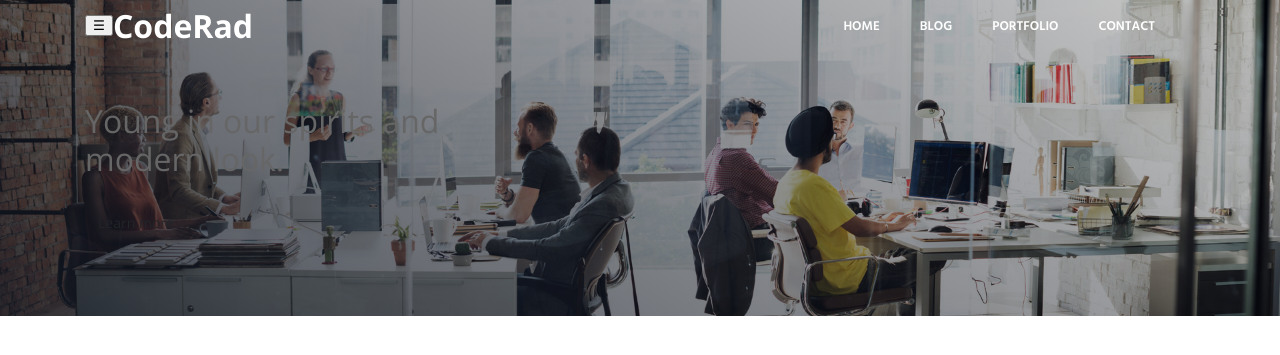
Repository: Sc-Juju/CodeRad
Page: index.html
The author's editor kept a copy of each file at every save. The page is drawn from the files as they stood at one save, then again after the next save.
The browser window is 1280 px wide. The pictures show the whole page.

Above is the page before, as saved 2022-10-26 20:13:32.

### index.html
<!DOCTYPE html>
<html>
	<head>
		<meta charset="utf-8" />
		<meta http-equiv="X-UA-Compatible" content="IE=edge" />
		<title>CodeRad</title>
		<meta name="description" content="" />
		<meta name="viewport" content="width=device-width, initial-scale=1" />

		<link
			href="https://fonts.googleapis.com/css2?family=Open+Sans:wght@300;400;600;700&display=swap"
			rel="stylesheet"
		/>
		<link
			href="https://fonts.googleapis.com/css2?family=Hind:wght@300;400;500;600;700&display=swap"
			rel="stylesheet"
		/>

		<link rel="stylesheet" href="./css/default.css" />
		<link rel="stylesheet" href="./css/styles.css" />
		<link rel="stylesheet" href="./css/responsive.css" />
	</head>
	<body>
		<nav class="navbar nav">
			<div class="container">
				<button
					class="navbar-toggler"
					aria-expanded="false"
					aria-controls="navbarDropdown"
				>
					<span>&#9776;</span>
				</button>
				<a class="navbar-brand" href="index.html">CodeRad</a>
				<ul class="navbar-nav">
					<li class="nav-link">
						<a href="#">Home</a>
					</li>

					<li class="nav-link">
						<a href="#">Blog</a>
					</li>
					<li class="nav-link">
						<a href="#">Portfolio</a>
					</li>
					<li class="nav-link">
						<a href="#">Contact</a>
					</li>
				</ul>
			</div>
		</nav>

		<header class="bg-header">
			<div class="container">
				<div class="hero-wrapper">
					<h2 class="hero-header">
						Young in our spirits and <br />
						modern look.
					</h2>
					<a class="btn" href="#">Learn more</a>
				</div>
			</div>
		</header>
	</body>
</html>

### css/default.css
:root{
    --white:#fff;
    --black: #000;
    --font-color-base:#666;
    --font-color-dark:#212529;
    --font-color-light:#b0aebe;
    --font-color-link:#57a6ff;
    --footer:#34314b;
    --footer-base:2e2b45;
    --contrast:var(--font-color-light);
    --success: #64ecf5;
    --danger:#ff8b8d;
    --grad-1:#a1ecff;
    --grad-2:#7dbcff;
}
body{
    font-family:"Open Sans", sans-serif;
    font-weight: 400;
    font-size:0.875rem;
    line-height: 1.6;
    letter-spacing: 0;
    color: var(--font-color-base);
    margin:0;
    padding:0;
}
*,
::after,
::before{
    box-sizing: border-box;
}
ul{
    padding:0;
    margin:0;
    list-style: none;
}
a {text-decoration: none;}
p {margin-top:0;}
h2{
    font-size:2rem;
    font-weight:500;
    line-height:1.2;
}
img {
    width:100%;
    max-width:100%;
    vertical-align:middle;
    border-style: none;
}
.container{
    width: 100%;
    padding-left:15px;
    padding-right:15px;
    margin-right:auto;
    margin-left:auto;
}

.btn{
    display: inline-block;
    font-weight: 400;
    color: var(--font-color-dark);
    text-align: center;
    cursor: pointer;
    user-select: none;
    background-color: transparent;
    border: 1px solid transparent;
    padding: .375rem .75rem;
    border-radius:1.25rem;
    transition: ease-in-out .3s;
}

@media (min-width:1200px){
    .container{ max-width: 1140px; }
}

### css/styles.css
.navbar{
    position: fixed;
    top: 0;
    right: 0;
    left: 0;
    z-index: 200;
    transition: ease-in-out .3s;
}
[aria-controls="navbarDrowdown"]{
    display:none;
}
.navbar-nav{
    display: flex;
    align-items: center;
}
.navbar .container{
    display: flex;
    align-items: center;
}
.navbar-brand{
    margin-right:auto;
    font-size: 2rem;
    font-weight: 700;
    width: 100%;
    transition: ease-in-out .3s;
    color: var(--white);

}
.bg-header{
    background-image: url(../CodeRad-assets/bg-header-1.jpg);
    background-color: var(--footer);
    background-repeat: no-repeat;
    background-size: cover;
    background-position:50% 20%;
    position: relative;
    z-index: 1;
    padding: 4.6875rem 0;
}
.bg-header::before{
    background-image: linear-gradient(30deg,
    rgba(21,27,38, .8)0%,
    rgba(0,0,0,.2)100%);
    position: absolute;
    content:"";
    top: 0;
    left: 0;
    right: 0;
    bottom: 0;
    width: 100%;
    height: 100%;
    z-index: -1;
}
.nav-link a{
    color: var(--white);
    font-size: .8125rem;
    font-weight: 600;
    font-family: "Hind", sans-serif;
    text-transform: uppercase;
    margin-right: 2.5rem;
    line-height: 1.25rem;
}

Loaded but not shown: css/responsive.css (no copy from this time; the picture is the same without it)

After the next save:
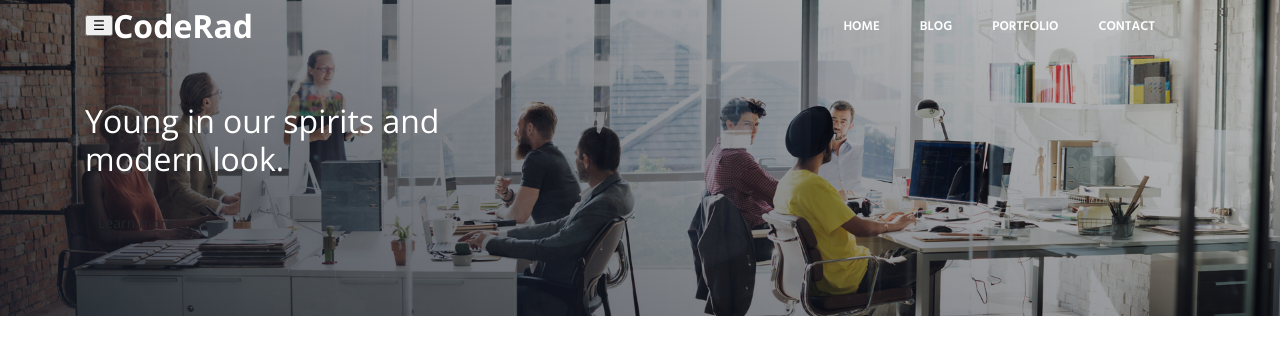
Saved 2 s later.
--- a/css/styles.css
+++ b/css/styles.css
@@ -59,3 +59,6 @@
     margin-right: 2.5rem;
     line-height: 1.25rem;
 }
+.hero-header{
+    color: var(--white);
+}
